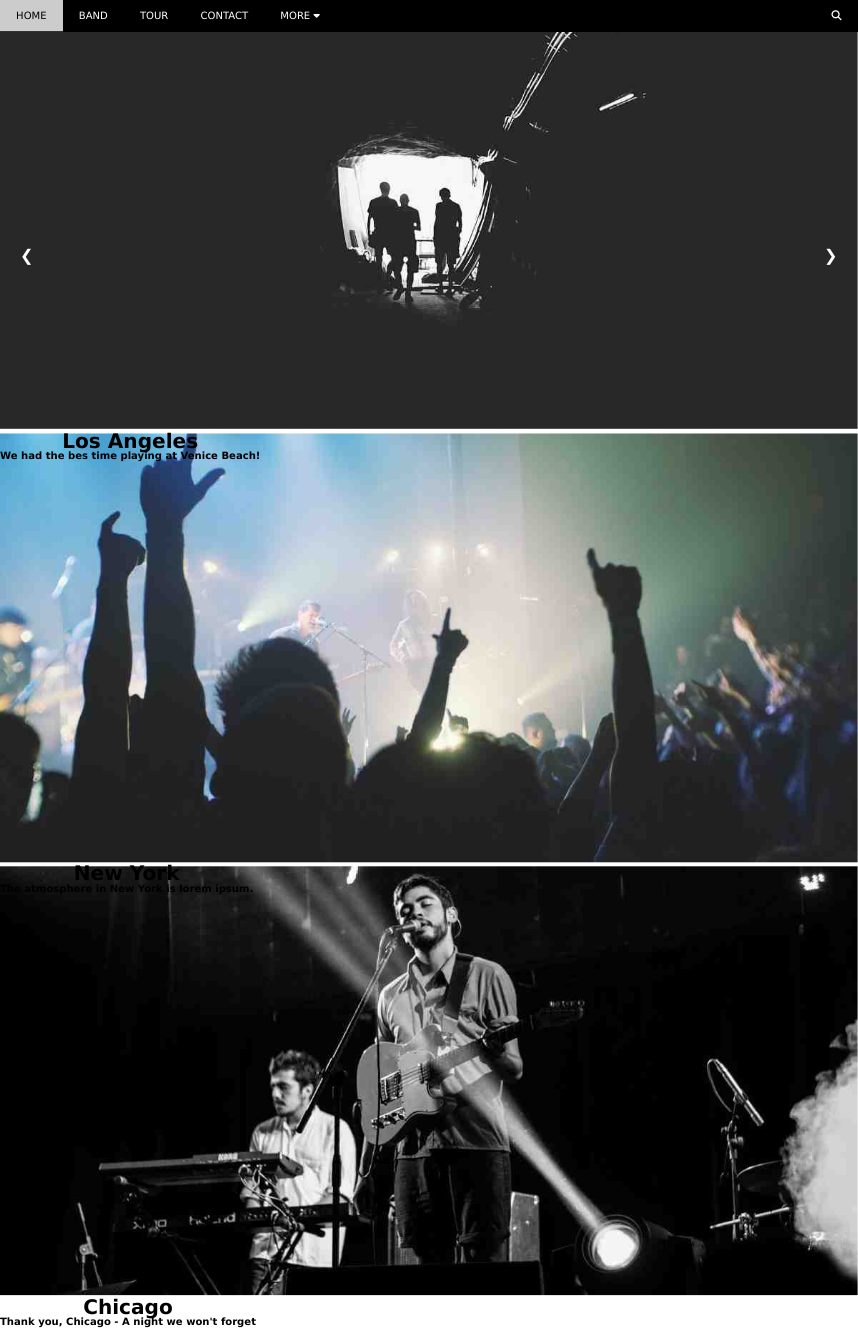
Repository: tam1512/The-Band
Page: index.html
The author's editor kept a copy of each file at every save. The page is drawn from the files as they stood at one save, then again after a run of saves.
The browser window is 1280 px wide. The pictures show the whole page, at 67% of full size.
Some web libraries are served in a nearby version.

Above is the page before, as saved 2022-07-22 15:38:18.

After the next 2 saves:
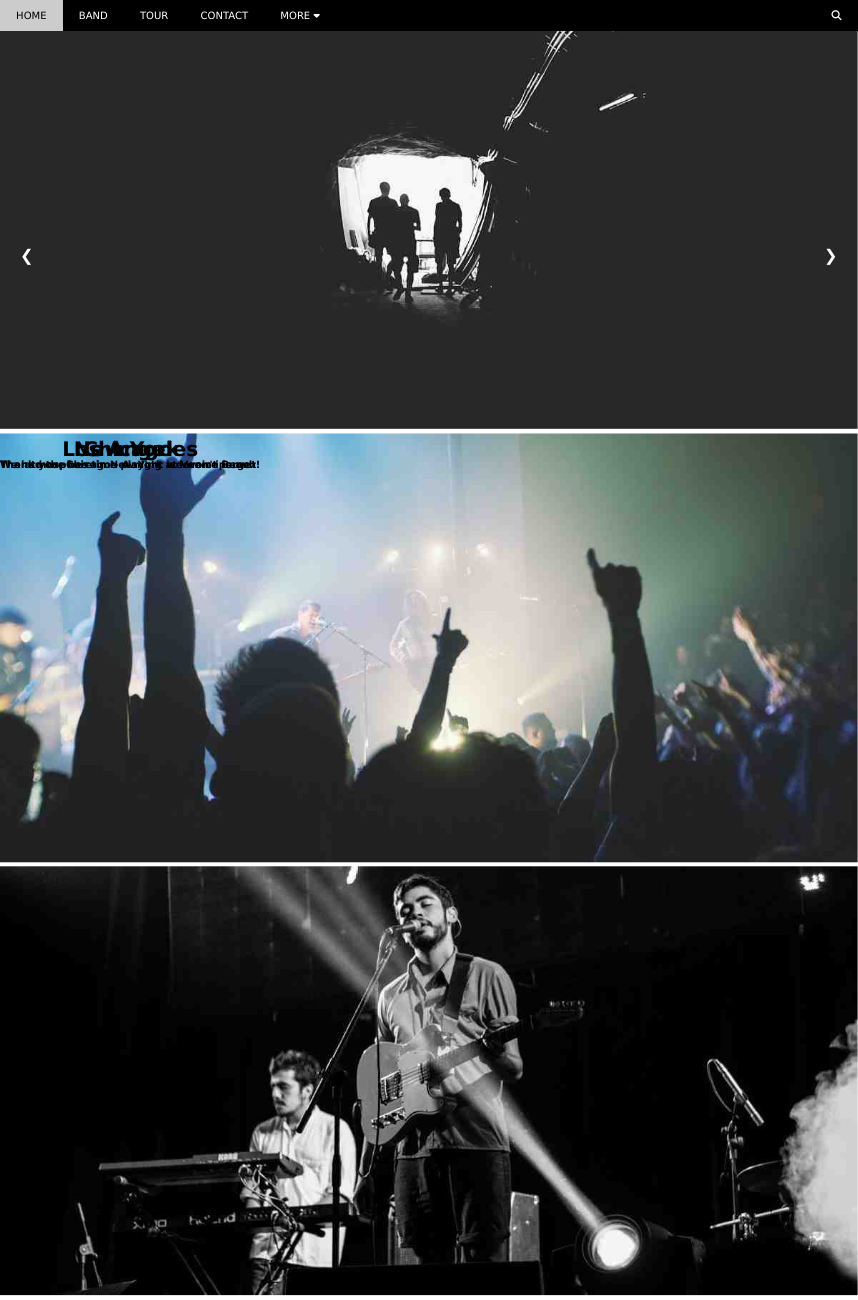
The 2 saves are shown as one change because they came seconds apart.
The last was saved 31 s later.
--- a/assets/css/style.css
+++ b/assets/css/style.css
@@ -144,6 +144,6 @@
 /* Caption text */
 .text {
   position: absolute;
-
+  bottom: -30px;
   text-align: center;
 }

After the save that followed:
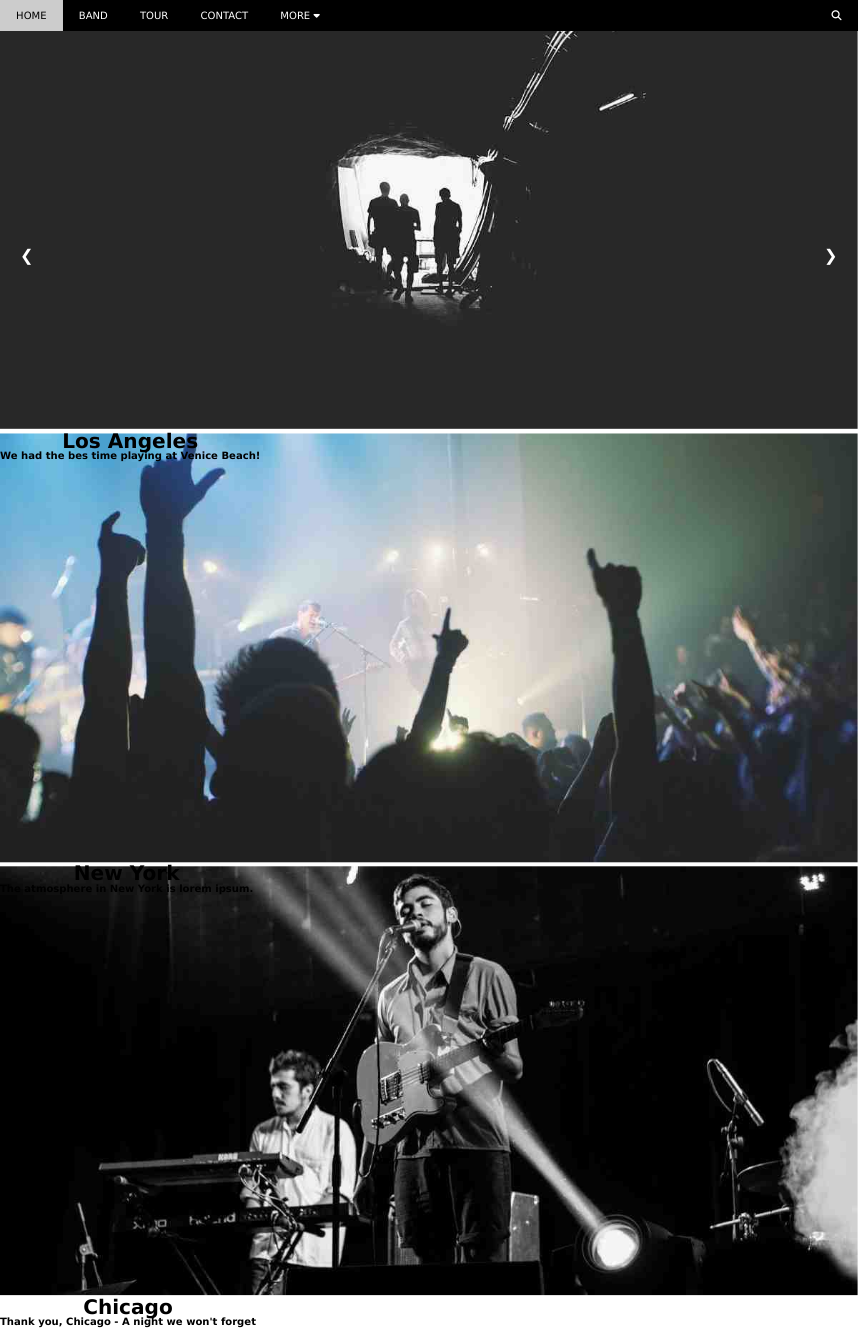
Saved 4 s later.
--- a/assets/css/style.css
+++ b/assets/css/style.css
@@ -144,6 +144,6 @@
 /* Caption text */
 .text {
   position: absolute;
-  bottom: -30px;
+
   text-align: center;
 }
